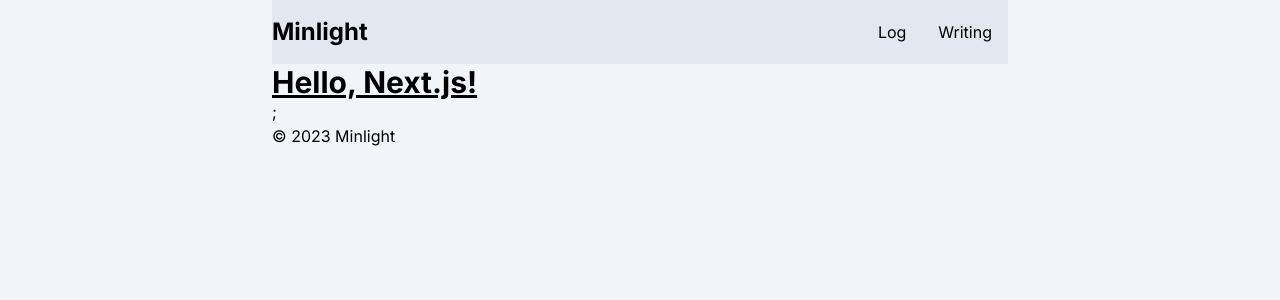
Repository: kwngmin/minlight-log
Page: /
These files come from the project's save history. The page is drawn as it stood at one moment and after the next save; the edit follows.
The browser window is 1280 px wide. The pictures show the whole page.
The project was rebuilt for these pictures with package versions that can differ from the ones it lists, and the page was loaded fresh each time. The framework's server and built-in components were replaced by stand-ins that run in the browser. Also part of the build but not shown: next.config.js.

Above is the page before, as saved 2023-04-04 15:27:07.

After the next save:
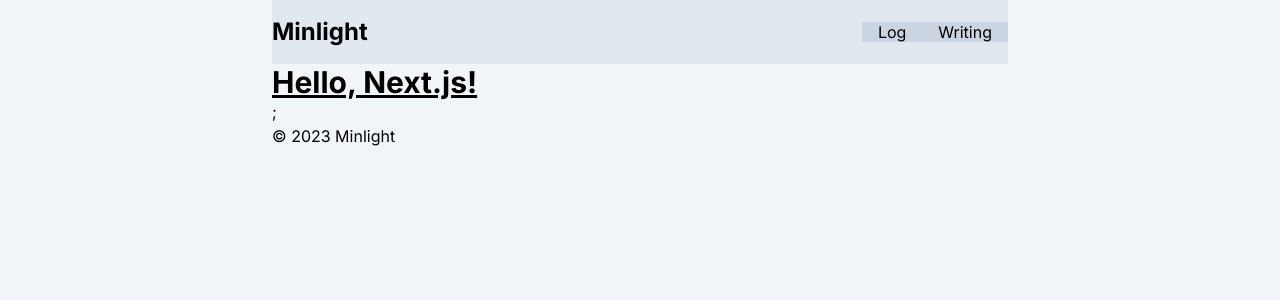
Saved 5 s later.
--- a/src/app/layout.tsx
+++ b/src/app/layout.tsx
@@ -28,7 +28,7 @@ export default function RootLayout({
           </Link>
           <nav className="">
             {navList.map(({ name, url }) => (
-              <Link href={url} key={name} className="px-4">
+              <Link href={url} key={name} className="px-4 bg-slate-300">
                 {name}
               </Link>
             ))}
